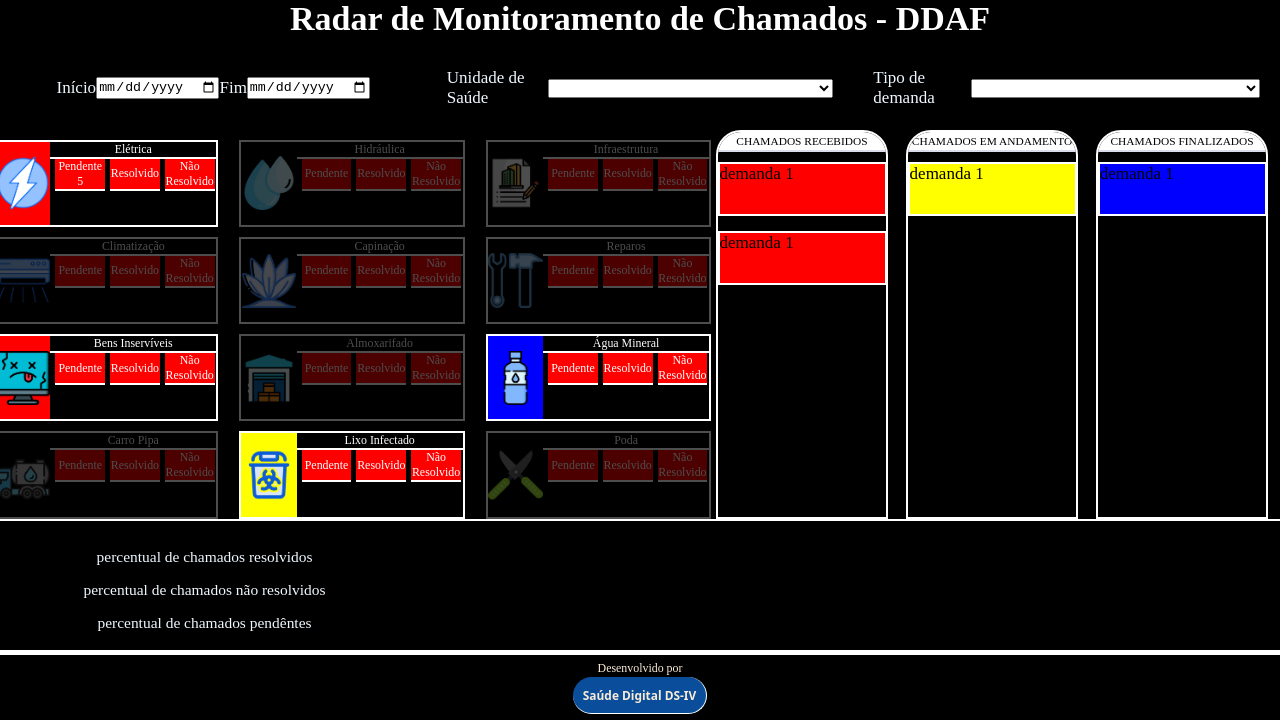
Repository: br-on/ddaf-chamados
Page: index.html
The author's editor kept a copy of each file at every save. The page is drawn from the files as they stood at one save, then again after the next save.
The browser window is 1280 px wide. The pictures show the whole page.

Above is the page before, as saved 2025-01-26 03:18:25.

### index.html
<!DOCTYPE html>
<html lang="pt-br">
<head>
    <meta charset="UTF-8">
    <meta name="viewport" content="width=device-width, initial-scale=1.0">
    <link rel="stylesheet" href="style.css">
    <title>Radar de Chamados</title>

</head>
<body>
    <header>
       <center><h1>Radar de Monitoramento de Chamados - DDAF</h1></center>
        <section class="filtros">
            <div class="opcao-filtro">
                <label for="">Início</label>
                <input type="date">
                <label for="">Fim</label>
                <input type="date">
            </div>
            <div class="opcao-filtro">
                <label for="">Unidade de Saúde</label>
                <select name="" id="">
                    <option value=""> </option>
                    <option value="">Unidade X</option>
                    <option value="">Unidade X</option>
                    <option value="">Unidade X</option>
                    <option value="">Unidade X</option>
                </select>
            </div>
            <div class="opcao-filtro">
                <label for="">Tipo de demanda</label>
                <select name="" id="">
                    <option value=""> </option>
                    <option value="">Demanda X</option>
                    <option value="">Demanda X</option>
                    <option value="">Demanda X</option>
                    <option value="">Demanda X</option>
                </select>
            </div>
        </section>
    </header>
    <main>
        <section class="tipos-demandas">
            <div id="demanda-eletrica" class="demanda-tipo">
                <div class="img-tipo-demanda red">
                    <img src="img/tipo-demanda-eletrica.png" alt="">
                </div>
                <div class="info-tipo-demanda">
                    <div class="titulo-tipo-demanda">Elétrica</div>
                    <div class="contagem-tipo-demanda">
                        <div class="caixa-finalizado"><span>Pendente</span><span>5</span></div>
                        <div class="caixa-finalizado">Resolvido</div>
                        <div class="caixa-finalizado"><center>Não Resolvido</center></div>
                    </div>
                </div>
            </div>
            <div id="demanda-hidraulica" class="demanda-tipo  div-opaca">
                <div class="img-tipo-demanda">
                    <img src="img/tipo-demanda-hidráulica.png" alt="">
                </div>
                <div class="info-tipo-demanda">
                    <div class="titulo-tipo-demanda">Hidráulica</div>
                    <div class="contagem-tipo-demanda">
                        <div class="caixa-finalizado">Pendente</div>
                        <div class="caixa-finalizado">Resolvido</div>
                        <div class="caixa-finalizado"><center>Não Resolvido</center></div>
                    </div>
                </div>
            </div>
            <div id="demanda-infraestrutura" class="demanda-tipo div-opaca">
                <div class="img-tipo-demanda">
                    <img src="img/tipo-demanda-infraestrutura.png" alt="">
                </div>
                <div class="info-tipo-demanda">
                    <div class="titulo-tipo-demanda">Infraestrutura</div>
                    <div class="contagem-tipo-demanda">
                        <div class="caixa-finalizado">Pendente</div>
                        <div class="caixa-finalizado">Resolvido</div>
                        <div class="caixa-finalizado"><center>Não Resolvido</center></div>
                    </div>
                </div>
            </div>
            <div id="demanda-climatização" class="demanda-tipo div-opaca">
                <div class="img-tipo-demanda">
                    <img src="img/tipo-demanda-climatizacao.png" alt="">
                </div>
                <div class="info-tipo-demanda">
                    <div class="titulo-tipo-demanda">Climatização</div>
                    <div class="contagem-tipo-demanda">
                        <div class="caixa-finalizado">Pendente</div>
                        <div class="caixa-finalizado">Resolvido</div>
                        <div class="caixa-finalizado"><center>Não Resolvido</center></div>
                    </div>
                </div>
            </div>
            <div id="demanda-capinacao" class="demanda-tipo div-opaca">
                <div class="img-tipo-demanda">
                    <img src="img/tipo-demanda-capinacao.png" alt="">
                </div>
                <div class="info-tipo-demanda">
                    <div class="titulo-tipo-demanda">Capinação</div>
                    <div class="contagem-tipo-demanda">
                        <div class="caixa-finalizado">Pendente</div>
                        <div class="caixa-finalizado">Resolvido</div>
                        <div class="caixa-finalizado"><center>Não Resolvido</center></div>
                    </div>
                </div>
            </div>
            <div id="demanda-reparos" class="demanda-tipo div-opaca">
                <div class="img-tipo-demanda">
                    <img src="img/tipo-demanda-reparos.png" alt="">
                </div>
                <div class="info-tipo-demanda">
                    <div class="titulo-tipo-demanda">Reparos</div>
                    <div class="contagem-tipo-demanda">
                        <div class="caixa-finalizado">Pendente</div>
                        <div class="caixa-finalizado">Resolvido</div>
                        <div class="caixa-finalizado"><center>Não Resolvido</center></div>
                    </div>
                </div>
            </div>
            <div id="demanda-inserviveis" class="demanda-tipo">
                <div class="img-tipo-demanda red">
                    <img src="img/tipo-demanda-inserviveis.png" alt="">
                </div>
                <div class="info-tipo-demanda">
                    <div class="titulo-tipo-demanda">Bens Inservíveis</div>
                    <div class="contagem-tipo-demanda">
                        <div class="caixa-finalizado">Pendente</div>
                        <div class="caixa-finalizado">Resolvido</div>
                        <div class="caixa-finalizado"><center>Não Resolvido</center></div>
                    </div>
                </div>
            </div>
            <div id="demanda-almoxarifado" class="demanda-tipo div-opaca">
                <div class="img-tipo-demanda">
                    <img src="img/tipo-demanda-almoxarifado.png" alt="">
                </div>
                <div class="info-tipo-demanda">
                    <div class="titulo-tipo-demanda">Almoxarifado</div>
                    <div class="contagem-tipo-demanda">
                        <div class="caixa-finalizado">Pendente</div>
                        <div class="caixa-finalizado">Resolvido</div>
                        <div class="caixa-finalizado"><center>Não Resolvido</center></div>
                    </div>
                </div>
            </div>
            <div id="demanda-agua-mineral" class="demanda-tipo">
                <div class="img-tipo-demanda blue">
                    <img src="img/tipo-demanda-agua-minireal.png" alt="">
                </div>
                <div class="info-tipo-demanda">
                    <div class="titulo-tipo-demanda">Água Mineral</div>
                    <div class="contagem-tipo-demanda">
                        <div class="caixa-finalizado">Pendente</div>
                        <div class="caixa-finalizado">Resolvido</div>
                        <div class="caixa-finalizado"><center>Não Resolvido</center></div>
                    </div>
                </div>
            </div>
            <div id="demanda-carro-pipa" class="demanda-tipo div-opaca">
                <div class="img-tipo-demanda">
                    <img src="img/tipo-demanda-carro-pipa.png" alt="">
                </div>
                <div class="info-tipo-demanda">
                    <div class="titulo-tipo-demanda">Carro Pipa</div>
                    <div class="contagem-tipo-demanda">
                        <div class="caixa-finalizado">Pendente</div>
                        <div class="caixa-finalizado">Resolvido</div>
                        <div class="caixa-finalizado"><center>Não Resolvido</center></div>
                    </div>
                </div>
            </div>
            <div id="demanda-infectado" class="demanda-tipo">
                <div class="img-tipo-demanda yellow">
                    <img src="img/tipo-demanda-lixo-infectado.png" alt="">
                </div>
                <div class="info-tipo-demanda">
                    <div class="titulo-tipo-demanda">Lixo Infectado</div>
                    <div class="contagem-tipo-demanda">
                        <div class="caixa-finalizado">Pendente</div>
                        <div class="caixa-finalizado">Resolvido</div>
                        <div class="caixa-finalizado"><center>Não Resolvido</center></div>
                    </div>
                </div>
            </div>
            <div id="demanda-poda" class="demanda-tipo div-opaca">
                <div class="img-tipo-demanda">
                    <img src="img/tipo-demanda-poda.png" alt="">
                </div>
                <div class="info-tipo-demanda">
                    <div class="titulo-tipo-demanda">Poda</div>
                    <div class="contagem-tipo-demanda">
                        <div class="caixa-finalizado">Pendente</div>
                        <div class="caixa-finalizado">Resolvido</div>
                        <div class="caixa-finalizado"><center>Não Resolvido</center></div>
                    </div>
                </div>
            </div>
        </section>
        <section class="andamento-demandas">
            <div class="demanda-andamento">
                <div class="titulo-andamento">CHAMADOS RECEBIDOS</div>
                <div class="area-andamento">
                    <div class="demanda red">
                        demanda 1
                    </div>
                    <div class="demanda red">
                        demanda 1
                    </div>
                </div>
            </div>
            <div class="demanda-andamento">
                <div class="titulo-andamento">CHAMADOS EM ANDAMENTO</div>
                <div class="area-andamento">
                    <div class="demanda yellow">
                        demanda 1
                    </div>
                </div>
            </div>
            <div class="demanda-andamento">
                <div class="titulo-andamento">CHAMADOS FINALIZADOS</div>
                <div class="area-andamento">
                    <div class="demanda blue">
                        demanda 1
                    </div>
                </div>
            </div>
        </section>
    </main>
    <section class="percentual">Relatório Geral
        <div class="relatorio-geral">
            percentual de chamados resolvidos
        </div>
        <div class="relatorio-geral">
            percentual de chamados não resolvidos
        </div>
        <div class="relatorio-geral">
            percentual de chamados pendêntes
        </div>
    </section>
    <footer> Desenvolvido por
        <div class="footer-sdds4">Saúde Digital DS-IV</div>
    </footer>
</body>
</html>

### style.css
* {
    margin: 0;
    padding: 0;
}
body {
    background-color: black;
    display: flex;
    height: 100vh;
    flex-direction: column;
}
header {
    height: 10vh;
    border-bottom: solid 3px white ;
    display: flex;
    flex-direction: column;
    align-items: center;
    justify-content: center;
}
header h1 {
    color: white;
    font-family:'Times New Roman', Times, serif
}
main {
    height: 70vh;
}
.percentual {
    height: 15vh;
    border-top: solid 2px white;
}
footer {
    height:5vh;
    display: flex;
    flex-direction: column;
    align-items: center;
    justify-content: center;
    color: antiquewhite;
    border-top: solid 5px white;
}
.filtros {
    display: flex;
}
.tipos-demandas {
    height: 45%;
    display: grid;
    justify-content: center;
    grid-template-columns: 30% 30% 30%;
    grid-template-rows: 22.5% 22.5% 22.5% 22.5%;
    column-gap: 3%;
}
.andamento-demandas {
    height: 55%;
    display: grid;
    justify-content: center;
    grid-template-columns: 30% 30% 30%;
    column-gap: 3%;
}

.demanda-tipo {
    border: solid rgb(255, 255, 255) 2px;
    border-radius: 25px;
    margin-top: 10px;
    display: flex;
}
.demanda-andamento{
    border: solid 2.5px rgb(255, 255, 255);
    border-top-left-radius: 25px;
    border-top-right-radius: 25px;
    display: flex;
    flex-direction: column;
    overflow-y: auto;
}
.titulo-andamento {
    display: flex;
    align-items: center;
    justify-content: center;
    border-bottom: solid 2px rgb(217, 221, 236);
    font-size: 1.2em;
    background-color: rgb(255, 255, 255);
    border-top-left-radius: 20px;
    border-top-right-radius: 20px;
    height: 5%;
}
.area-andamento {
    height: 95%;
    display: flex;
    flex-direction: column;
    overflow-y: auto;
    overflow-x: hidden;
    box-sizing: border-box;
    margin-top: 10px;
}
.demanda {
    background-color: brown;
    margin-bottom: 15px;
    min-height: 50px;
    border: solid 2px white;
    width: 98%;
}
.footer-sdds4{
    margin-top: 1.5px;
    background-color: rgb(10, 78, 155);
    border-radius: 30px;
    padding: 10px;
    font-family:system-ui, -apple-system, BlinkMacSystemFont, 'Segoe UI', Roboto, Oxygen, Ubuntu, Cantarell, 'Open Sans', 'Helvetica Neue', sans-serif;
    font-weight: bold;
    border-bottom: solid 1px white;
    border-right: solid 0.8px white;
}
.opcao-filtro, .relatorio-geral {
    color: aliceblue;
    font-size: 1.3em;
    margin: 10px;
    display: flex;
    align-items: center;
    justify-content: center;
    padding: 2.5px;
    display: flex;
    flex-direction: column;
    width: 30vw;
}
.opcao-filtro select {
    width: 90%;
}
.img-tipo-demanda {
    width: 25%;
    border-top-left-radius: 25px;
    border-bottom-left-radius: 25px;
    display: flex;
    align-items: center;
    justify-content: center;
}
.img-tipo-demanda img {
    max-height: 90%;
    max-width: 98%;
}
.info-tipo-demanda {
    color: white;
    width: 75%;
    border-top-right-radius: 25px;
    border-bottom-right-radius: 25px;
    display: flex;
    flex-direction: column;
}
.titulo-tipo-demanda {
    font-size: 1.5em;
    border-bottom: solid 2.5px white;
    display: flex;
    align-items: center;
    justify-content: center;
}
.contagem-tipo-demanda {
    display: flex;

}
.caixa-finalizado {
    background-color: red;
    display: flex;
    flex-direction: column;
    align-items: center;
    justify-content: center;
    width: 30%;
    margin-left: 3%;
    border-bottom: solid 2px white;
}
.caixa-finalizado-pendente {
    display: flex;
    align-items: center;
    justify-content: center;
    width: 30%;
    margin-left: 3%;
    border-bottom: solid 2px white;
}

.red {
    background-color: red;
}
.yellow{
    background-color: yellow;
}
.blue {
    background-color: blue;
}
.div-opaca {
    opacity: 0.3; /* Define a opacidade da div (80%) */
}

/* Media Query para telas menores que 768px */
@media (max-width: 768px) {
    *{
        margin: 0;
        padding: 0;
    }
    body {
        justify-content: center;
        height: auto;
        width: 100vw;
    }
    header {
        font-size: 0.7em;
        height: 150px;
    }
    main {
        height: auto;
    }
    .andamento-demandas {
        display: grid;
        justify-content: center;
        grid-template-columns: 1fr;
        grid-template-rows: auto;
        row-gap: 5px;
    }

    .percentual {
        font-size: 0.7em;
        height: 200px;
        border-top: solid 2px rgb(255, 255, 255);
    }
    footer {
        height:50px;
        padding: 5px;
        background-color: rgb(0, 0, 0);
        border-top: solid 5px white;
    }
    .tipos-demandas {
        height: 600px;
        font-size: 0.7em;
        display: grid;
        justify-content: center;
        grid-template-columns: 45% 45%;
        grid-template-rows: 15% 15% 15% 15% 15% 15%;
        row-gap: 10px;
    }
    .demanda-tipo {
        height: 75px;
    }
    .demanda-andamento{
        background-color: cadetblue;
        min-height: 250px;
        margin-bottom: 15px;
    }
}
@media (min-aspect-ratio: 3/2) {
    body {
        font-size: 17px;
    }
    header {
        height: 20vh;
        border-bottom: solid 3px white ;
        display: flex;
        flex-direction: column;
        align-items: center;
        justify-content: flex-start;
        border: 0px;
    }
    .filtros {
        width: 100vw;
        display: flex;
        margin-top: 10px;
    }
    .opcao-filtro {
        font-size: 1em;
        display: flex;
        flex-direction: row;
        width: 500px;
        padding: 10px;
    }
    .opcao-filtro select {
        width: 90%;
    }
    main {
        height: 60vh;
        display: flex;
        flex-direction: row;
    }
    .tipos-demandas {
        font-size: 0.7em;
        width: 55%;
        height: 100%;
        display: grid;
        justify-content: center;
        grid-template-columns: 32% 32% 32%;
        grid-template-rows: 25% 25% 25% 25%;
    }
    .titulo-tipo-demanda {
        font-size: 1em;
        border-bottom: solid 2.5px white;
        display: flex;
        align-items: center;
        justify-content: center;
    }
    .andamento-demandas {
        width: 45%;
        height: 100%;
        display: grid;
        justify-content: center;
        grid-template-columns: 30% 30% 30%;
        column-gap: 3%;
    }
    .demanda-tipo {
        border: solid rgb(255, 255, 255) 2px;
        border-radius: 0;
        display: flex;
    }
    .percentual {
        font-size: 0.7em;
        height: 20vh;
        border-top: solid 2px white;
    }
    footer {
        font-size: 0.7em;
        height: 10vh;
        display: flex;
        flex-direction: column;
        align-items: center;
        justify-content: center;
        color: antiquewhite;
        border-top: solid 5px white;
    }
    .img-tipo-demanda {
        width: 25%;
        border-top-left-radius: 0;
        border-bottom-left-radius: 0;
        display: flex;
        align-items: center;
        justify-content: center;
    }
    .titulo-andamento {
        font-size: 0.67em;
    }
}

After the next save:
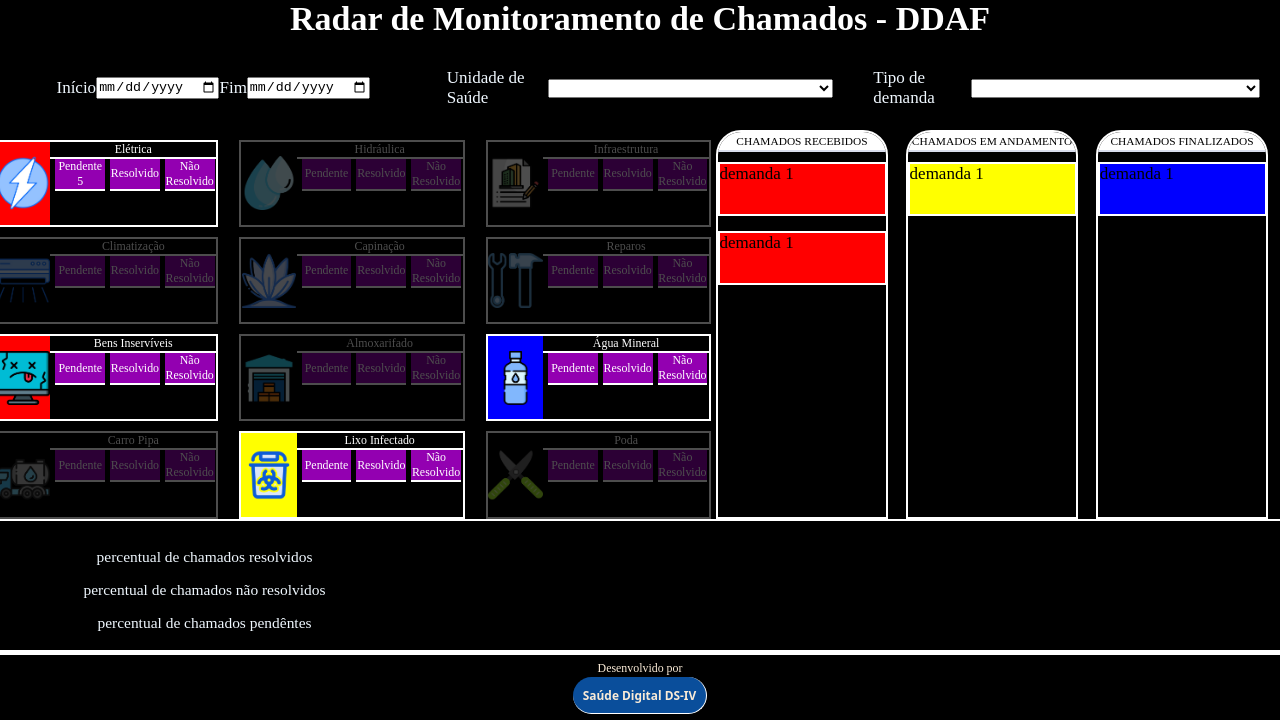
Saved 8 s later.
--- a/style.css
+++ b/style.css
@@ -153,7 +153,7 @@ footer {
 
 }
 .caixa-finalizado {
-    background-color: red;
+    background-color: rgb(147, 0, 177);
     display: flex;
     flex-direction: column;
     align-items: center;
